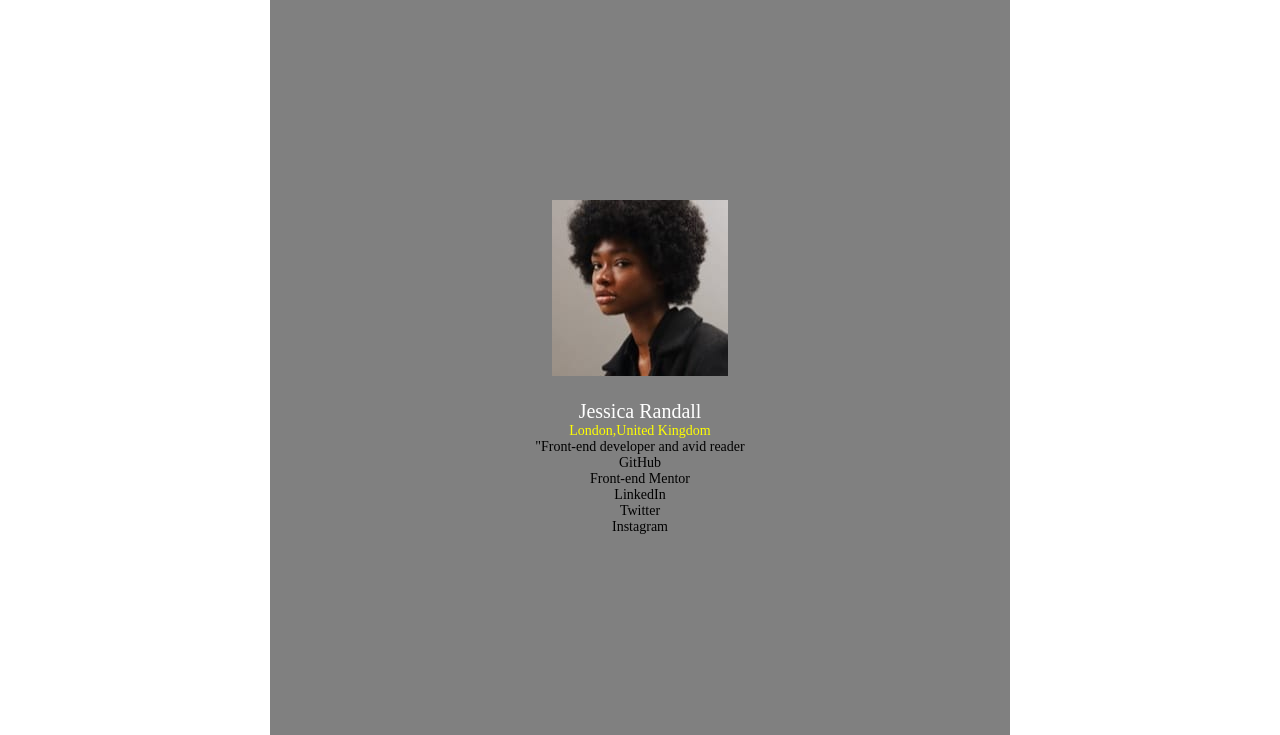
Repository: JosephAbatan05/Social-links-profile
Page: social-links-profile-main/index.html
The author's editor kept a copy of each file at every save. The page is drawn from the files as they stood at one save, then again after the next save.
The browser window is 1280 px wide. The pictures show the whole page.

Above is the page before, as saved 2025-01-23 14:05:34.

After the next save:
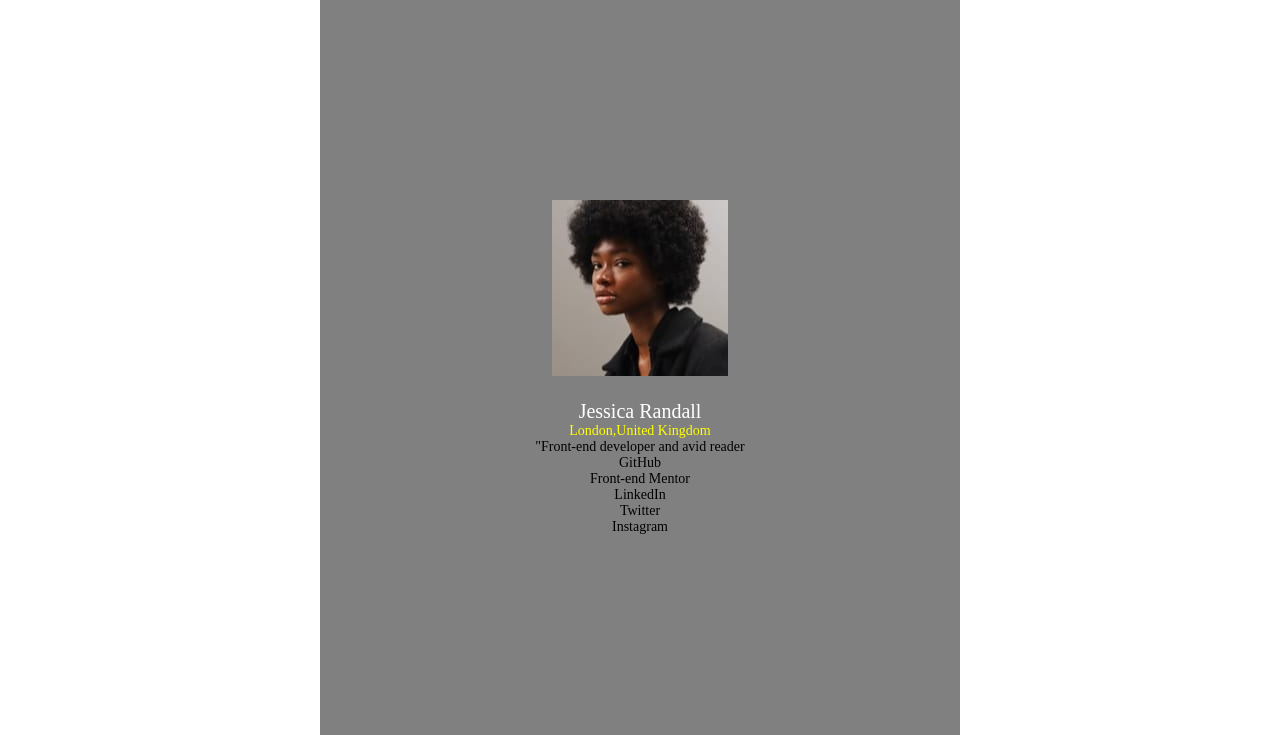
Saved 11 s later.
--- a/social-links-profile-main/styles.css
+++ b/social-links-profile-main/styles.css
@@ -6,7 +6,7 @@ body{
 .container{
     text-align: center;
     margin: 0 auto;
-    padding: 200px 50px;
+    padding: 200px 0px;
     font-size:14px;
     background-color: grey;
     max-width: 50%;
